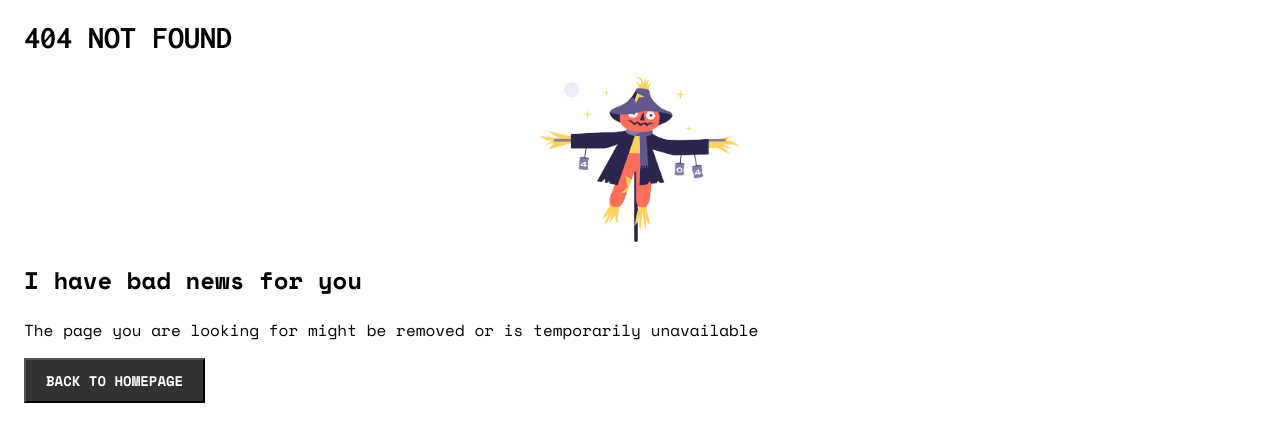
Repository: kellyalves87/404_not_found
Page: index.html
The author's editor kept a copy of each file at every save. The page is drawn from the files as they stood at one save, then again after the next save.
The browser window is 1280 px wide. The pictures show the whole page.

Above is the page before, as saved 2021-05-16 14:50:51.

### index.html
<!DOCTYPE html>
<html lang="en">

<head>
  <meta charset="utf-8" />
  <meta name="viewport" content="width=device-width, initial-scale=1,
  maximum-scale=5" />
  <link rel="icon" href="./assets/devchallenges.png" />
  <link rel="shortcut icon" type="image/x-icon" href="https://devchallenges.io/" />
  <link rel="preconnect" href="https://fonts.gstatic.com">
  <link href="https://fonts.googleapis.com/css2?family=Inconsolata:wght@700&family=Space+Mono:wght@400;700&display=swap"
    rel="stylesheet">
  <link rel="stylesheet" href="./style/index.css">
  <title>Devchallenges</title>
</head>

<header class="header">
  <h1>404 NOT FOUND</h1>
</header>

<body>
    <img src="./assets/Scarecrow.png" alt="straw man">
  <div class="content">
    <h2>I have bad news for you</h2>
    <p>The page you are looking for might be removed or is temporarily unavailable</p>
    <button type="button">BACK TO HOMEPAGE</button>
  </div>
</body>

</html>

### style/index.css
/* Mobile first */

.header {
    font-family: inconsolata;
    font-size: 1rem;
    margin: 1rem;
}

img {
    display: flex;
    margin: auto;
    width: 200px;
}

.content {
    margin: 1rem;
}

.content h2, p, button {
    font-family: Space Mono;
}

.content h2, button {
    font-weight: 700;
}

.content p {
    font-weight: 400;
}

button {
    color: #ffffff;
    background-color: #333333;
    font-size: 14px;
    position: absolute;
    padding: 10px 20px;
}

After the next save:
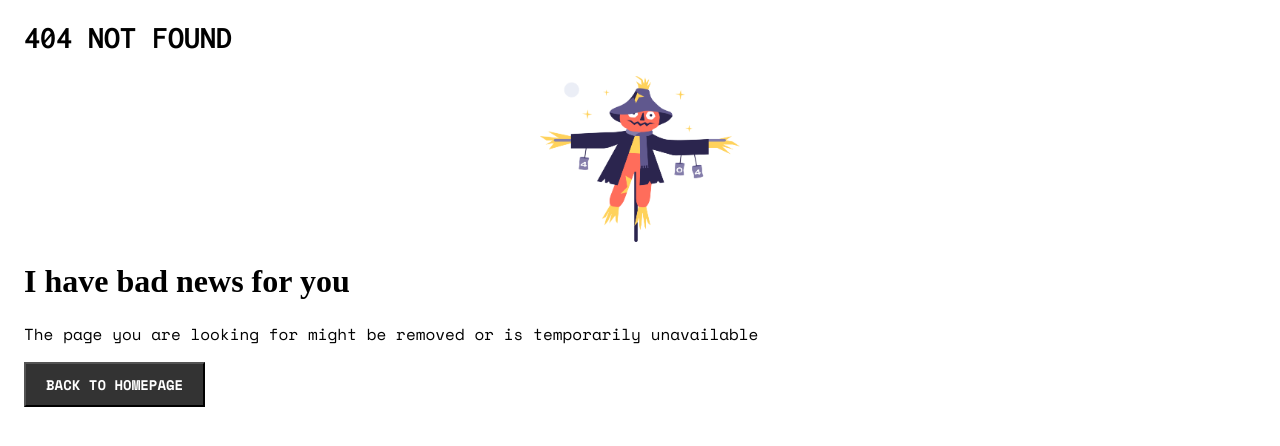
Saved 26 s later.
--- a/index.html
+++ b/index.html
@@ -21,7 +21,7 @@
 <body>
     <img src="./assets/Scarecrow.png" alt="straw man">
   <div class="content">
-    <h2>I have bad news for you</h2>
+    <h1>I have bad news for you</h1>
     <p>The page you are looking for might be removed or is temporarily unavailable</p>
     <button type="button">BACK TO HOMEPAGE</button>
   </div>
